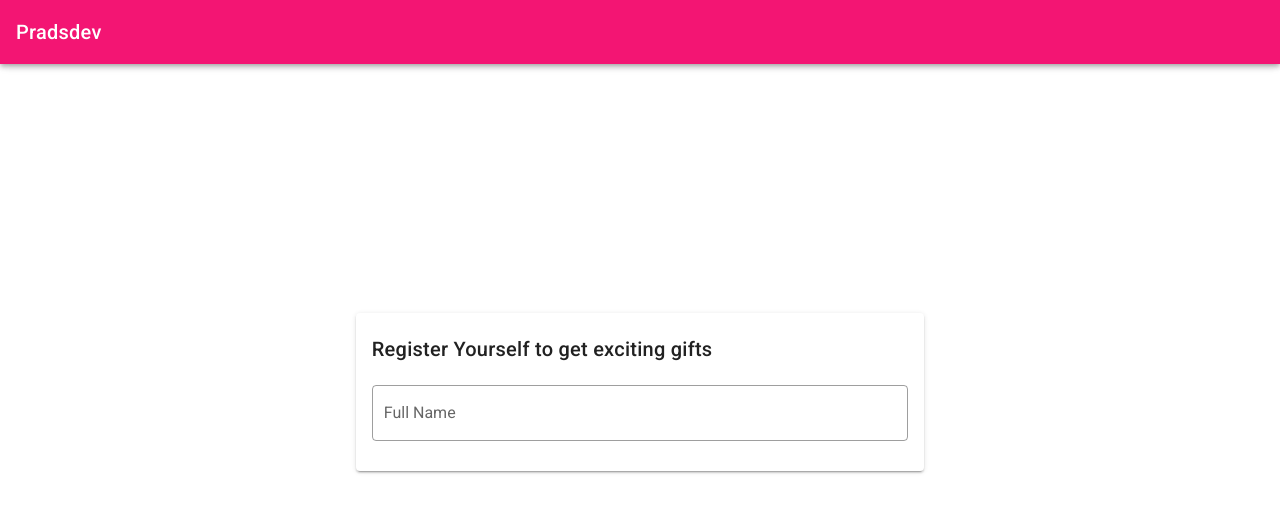
Repository: pradsdev/vue-form-validate
Page: /
An editor plug-in stored every save of this project. The page is shown before and after the next save, followed by the edit.
The browser window is 1280 px wide. The pictures show the whole page.
The project was rebuilt for these pictures with package versions that can differ from the ones it lists, and the page was loaded fresh each time. Also part of the build but not shown: vue.config.js.

Above is the page before, as saved 2020-12-21 23:02:53.

### src/App.vue
<template>
  <v-app>
    <v-app-bar
      app
      color="primary"
      dark
    >
      <div class="d-flex align-center">
        <div class="title">
          Pradsdev
        </div>
      </div>
    </v-app-bar>

    <v-main>
      <HelloWorld/>
    </v-main>
  </v-app>
</template>

<script>
import HelloWorld from './components/HelloWorld'

export default {
  name: 'App',

  components: {
    HelloWorld
  },

  data: () => ({
    //
  })
}
</script>

### src/plugins/vuetify.js
import Vue from 'vue'
import Vuetify from 'vuetify/lib/framework'

Vue.use(Vuetify)

export default new Vuetify({
  theme: {
    options: {
      customProperties: true
    },
    themes: {
      light: {
        primary: '#f31573',
        secondary: '#424242',
        accent: '#82B1FF',
        error: '#FF5252',
        info: '#2196F3',
        success: '#4CAF50',
        warning: '#FFC107'
      }
    }
  }
})

### src/components/HelloWorld.vue
<template>
  <v-container fill-height>
    <v-row class="text-center justify-center">
      <v-col cols="6">
        <v-card>
          <v-card-title class="py-5">
            Register Yourself to get exciting gifts
          </v-card-title>
          <v-form class="mx-4">
              <v-text-field outlined label="Full Name"/>
          </v-form>
        </v-card>
      </v-col>
    </v-row>
  </v-container>
</template>

<script>
export default {
  name: 'HelloWorld',

  data: () => ({
  })
}
</script>

Loaded but not shown: public/index.html (common file); src/main.js (common file)

After the next save:
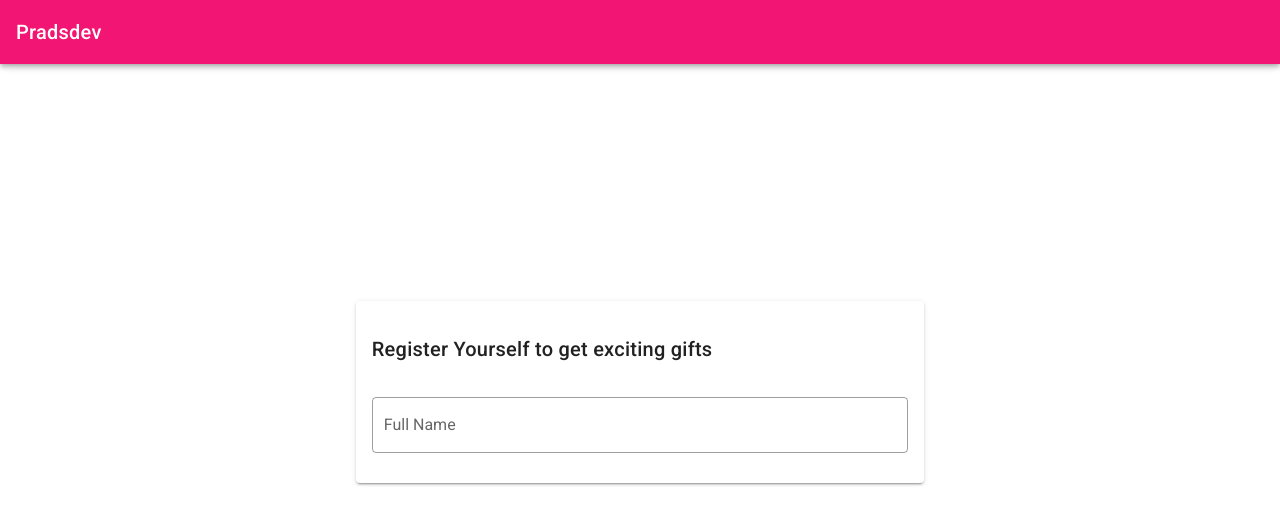
Saved 4 s later.
--- a/src/components/HelloWorld.vue
+++ b/src/components/HelloWorld.vue
@@ -3,7 +3,7 @@
     <v-row class="text-center justify-center">
       <v-col cols="6">
         <v-card>
-          <v-card-title class="py-5">
+          <v-card-title class="py-8">
             Register Yourself to get exciting gifts
           </v-card-title>
           <v-form class="mx-4">
